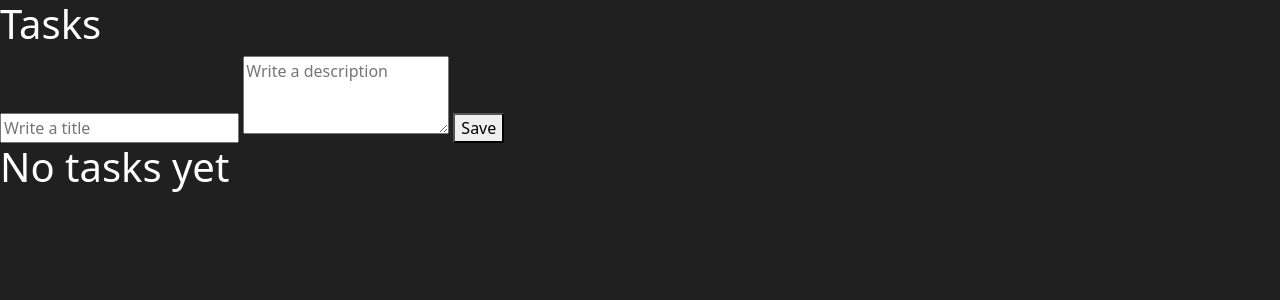
Repository: ChemsJam/django_postgres_todo
Page: http://localhost/tasks/
An editor plug-in stored every save of this project. The page is shown before and after the next save, followed by the edit.
The browser window is 1280 px wide. The pictures show the whole page.
The page is served by the project's application, run on Django 5.2 (manage.py). Other server files are loaded and not shown. Queries for data that is not in the repository find no rows.

Above is the page before, as saved 2024-08-19 15:43:34.

### tasks/templates/TasksList.html
{% load static %}

<!DOCTYPE html>
<html lang="en">
<head>
    <meta charset="UTF-8">
    <meta name="viewport" content="width=device-width, initial-scale=1.0">
    <title>DJango Crud</title>
    <link rel="stylesheet" href="https://cdn.jsdelivr.net/npm/bootstrap@5.3.2/dist/css/bootstrap.min.css">
    <link rel="stylesheet" href={% static 'main.css' %}>
</head>
<body>
    <h1>
        Tasks
    </h1>
    <form action={% url 'create_tasks' %} method="POST">
    {% csrf_token %}
    <input type="text" name="tittle" placeholder="Write a title">

    <textarea name="description" rows="3" placeholder="Write a description"></textarea>

    <button>Save</button>

    </form>

    {% for task in tasks %}
    <div>
        <h4>{{task.tittle}}</h4>
        <p>{{task.description}}</p>
        <form action={% url 'delete_task' task.id %} method="POST">
            {% csrf_token %}
            <button>Delete</button>
        </form>
    </div>

    {% empty %}
    <h1>No tasks yet</h1>
    {% endfor %}
</body>
</html>

### tasks/views.py
from django.shortcuts import render, redirect
from .models import Task

# Create your views here.
def list_tasks(request):
    tasks = Task.objects.all()
    return render(request, 'TasksList.html', {'tasks': tasks})

def create_task(request):
    task = Task(tittle=request.POST['tittle'], description=request.POST['description'])
    task.save()
    return redirect('/tasks/')

def delete_task(request, task_id):
    task = Task.objects.get(id=task_id)
    task.delete()
    return redirect('/tasks/')

### django_postgres/urls.py
"""
URL configuration for django_postgres project.

The `urlpatterns` list routes URLs to views. For more information please see:
    https://docs.djangoproject.com/en/5.1/topics/http/urls/
Examples:
Function views
    1. Add an import:  from my_app import views
    2. Add a URL to urlpatterns:  path('', views.home, name='home')
Class-based views
    1. Add an import:  from other_app.views import Home
    2. Add a URL to urlpatterns:  path('', Home.as_view(), name='home')
Including another URLconf
    1. Import the include() function: from django.urls import include, path
    2. Add a URL to urlpatterns:  path('blog/', include('blog.urls'))
"""
from django.contrib import admin
from django.urls import path, include


urlpatterns = [
    path('admin/', admin.site.urls),
    path('tasks/', include('tasks.urls'))
]

### tasks/urls.py
from django.urls import path
from .views import list_tasks, create_task, delete_task

urlpatterns = [
    path('', list_tasks),
    path('new/', create_task, name='create_tasks'),
    path('delete/<int:task_id>/', delete_task, name='delete_task' )
]

### tasks/static/main.css
body {
    background-color: #202020;
    color: white;
}

After the next save:
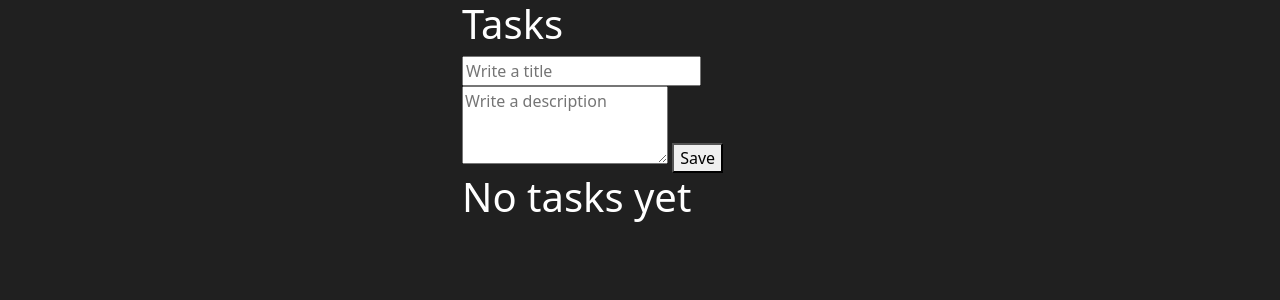
Saved 4 min 36 s later.
--- a/tasks/templates/TasksList.html
+++ b/tasks/templates/TasksList.html
@@ -10,31 +10,37 @@
     <link rel="stylesheet" href={% static 'main.css' %}>
 </head>
 <body>
-    <h1>
-        Tasks
-    </h1>
-    <form action={% url 'create_tasks' %} method="POST">
-    {% csrf_token %}
-    <input type="text" name="tittle" placeholder="Write a title">
+    <div class="container">
+        <div class="row">
+            <div class="col-md-4 offset-md-4">
+                <h1>
+                    Tasks
+                </h1>
+                <form action={% url 'create_tasks' %} method="POST">
+                {% csrf_token %}
+                <input type="text" name="tittle" placeholder="Write a title">
 
-    <textarea name="description" rows="3" placeholder="Write a description"></textarea>
+                <textarea name="description" rows="3" placeholder="Write a description"></textarea>
 
-    <button>Save</button>
+                <button>Save</button>
 
-    </form>
+                </form>
 
-    {% for task in tasks %}
-    <div>
-        <h4>{{task.tittle}}</h4>
-        <p>{{task.description}}</p>
-        <form action={% url 'delete_task' task.id %} method="POST">
-            {% csrf_token %}
-            <button>Delete</button>
-        </form>
+                {% for task in tasks %}
+                <div>
+                    <h4>{{task.tittle}}</h4>
+                    <p>{{task.description}}</p>
+                    <form action={% url 'delete_task' task.id %} method="POST">
+                        {% csrf_token %}
+                        <button>Delete</button>
+                    </form>
+                </div>
+
+                {% empty %}
+                <h1>No tasks yet</h1>
+                {% endfor %}
+            </div>
+        </div>
     </div>
-
-    {% empty %}
-    <h1>No tasks yet</h1>
-    {% endfor %}
 </body>
 </html>
